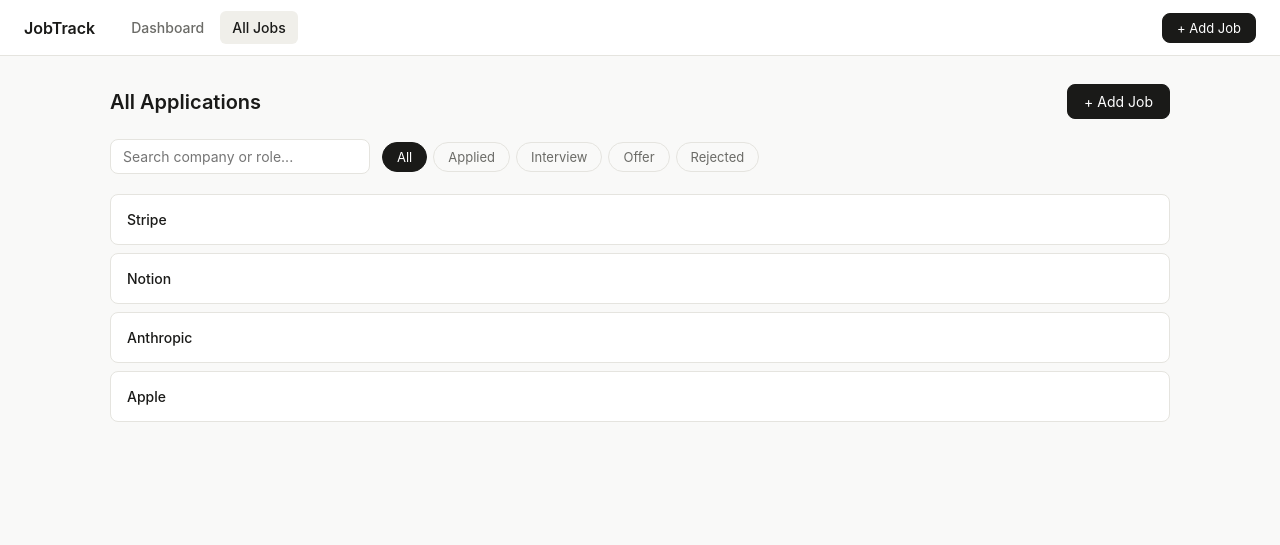
Repository: adtm0/jobtracker
Page: /jobs (app in frontend/)
These files come from the project's save history. The page is drawn as it stood at one moment and after the next save; the edit follows.
The browser window is 1280 px wide. The pictures show the whole page.
The project was rebuilt for these pictures with package versions that can differ from the ones it lists, and the page was loaded fresh each time. Also part of the build but not shown: frontend/vite.config.js, frontend/src/pages/Login.jsx, frontend/src/pages/Register.jsx, frontend/src/pages/Dashboard.jsx, frontend/src/pages/JobForm.jsx.

Above is the page before, as saved 2026-04-19 20:22:48.

After the next save:
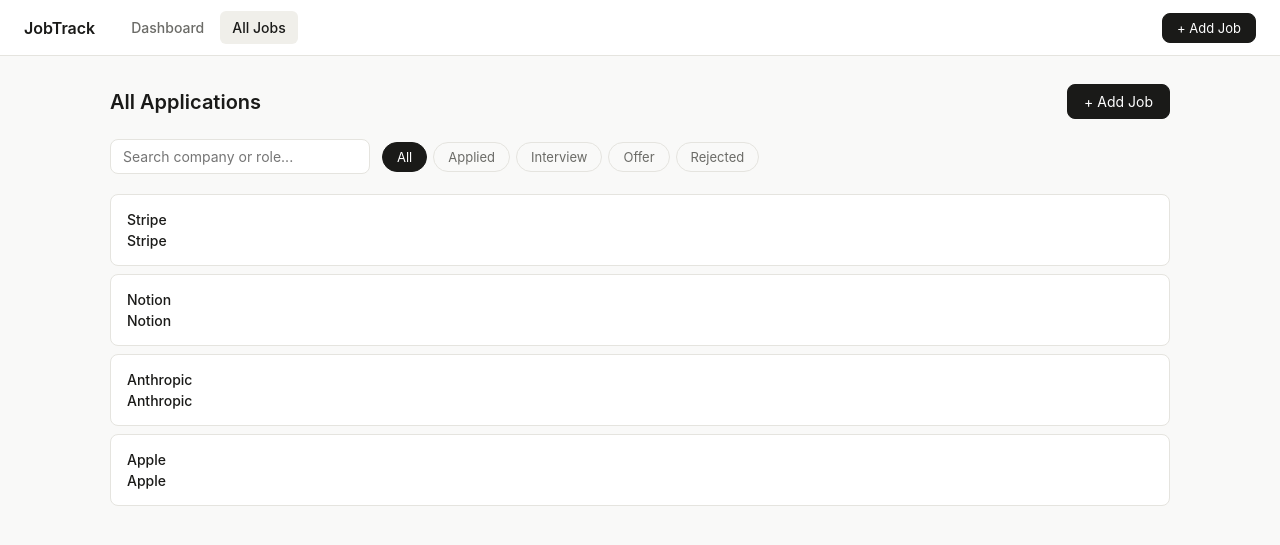
Saved 8 s later.
--- a/frontend/src/pages/Jobs.jsx
+++ b/frontend/src/pages/Jobs.jsx
@@ -138,6 +138,7 @@
             >
               <div style={{flex: 1}}>
                 <div style={{fontWeight: 500}}>{job.company}</div>
+                <div style={{fontWeight: 500}}>{job.company}</div>
 
               </div>
             </div>
